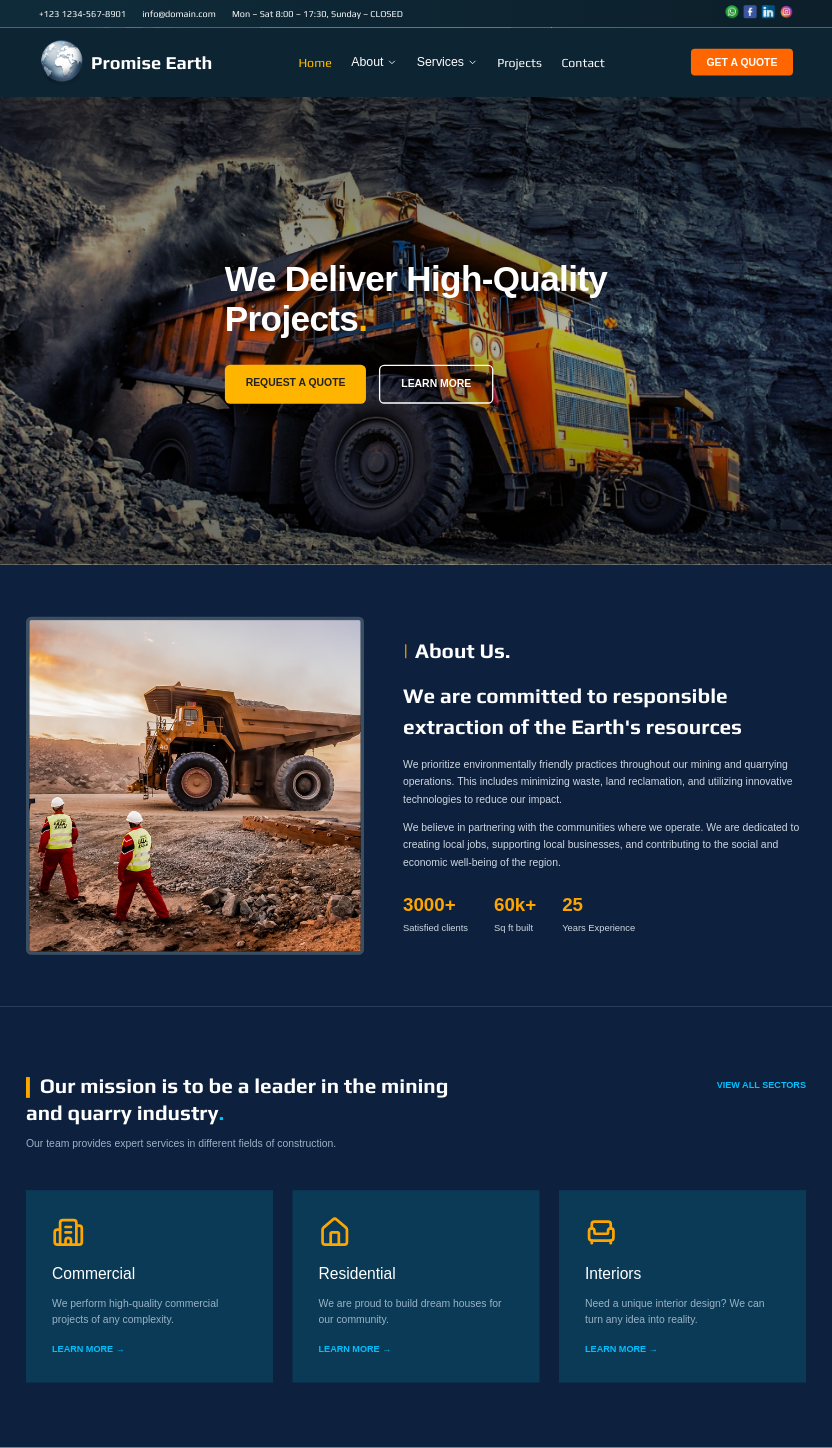
Repository: KC-Minchakpu/promise-earth
Page: /
An editor plug-in stored every save of this project. The page is shown before and after the next save, followed by the edit.
The browser window is 1280 px wide. The pictures show the whole page, at 65% of full size.
The project was rebuilt for these pictures with package versions that can differ from the ones it lists, and the page was loaded fresh each time. The framework's server and built-in components were replaced by stand-ins that run in the browser. Also part of the build but not shown: next.config.ts.

Above is the page before, as saved 2026-02-26 15:27:54.

### src/app/layout.tsx
import type { Metadata } from "next";
import { Play, Poppins } from "next/font/google";
import "./globals.css";
import Header from "@/components/Header/Header";

const play = Play({
  variable: "--font-play",
  subsets: ["latin"],
  weight: ["400", "700"],
});

const poppins = Poppins({
  variable: "--font-poppins",
  subsets: ["latin"],
  weight: ["300", "400", "500", "600", "700"],
});

export const metadata: Metadata = {
  title: "Create Next App",
  description: "Generated by create next app",
};

export default function RootLayout({
  children,
}: Readonly<{
  children: React.ReactNode;
}>) {
  return (
    <html lang="en">
      <body
        className={`${play.variable} ${poppins.variable} antialiased`}
      >
        <Header />
        {children}
      </body>
    </html>
  );
}

### src/app/page.tsx
import AboutUsSection from "@/components/About/AboutUsSection";
import Hero from "@/components/Hero/Hero";
import ServicesSection from "@/components/Services/ServicesSection";


export default function Home() {
  return (
   <>
    <Hero />
    <AboutUsSection />
    <ServicesSection />
  </>
  );
}

### src/app/globals.css
@import "tailwindcss";

:root {
  --background: #ffffff;
  --foreground: #171717;
}


@media (prefers-color-scheme: dark) {
  :root {
    --background: #0a0a0a;
    --foreground: #ededed;
  }
}

body {
  background: var(--background);
  color: var(--foreground);
  font-family: Arial, Helvetica, sans-serif;
}

### src/components/Header/Header.tsx
"use client";

import { useState, useEffect, useRef } from "react";
import { usePathname } from "next/navigation";
import Link from "next/link";
import Image from "next/image";
import styles from "./Header.module.css";
import { ChevronDown, Menu, X } from "lucide-react";

const Header = () => {
  const pathname = usePathname();

  const [mobileOpen, setMobileOpen] = useState(false);
  const [scrolled, setScrolled] = useState(false);
  const [aboutOpen, setAboutOpen] = useState(false);
  const [servicesOpen, setServicesOpen] = useState(false);

  // FIX: correct timeout type
  const aboutTimeoutRef = useRef<ReturnType<typeof setTimeout> | null>(null);
  const servicesTimeoutRef = useRef<ReturnType<typeof setTimeout> | null>(null);

  /* Sticky Scroll */
  useEffect(() => {
    const handleScroll = () => {
      setScrolled(window.scrollY > 20);
    };

    window.addEventListener("scroll", handleScroll);
    return () => window.removeEventListener("scroll", handleScroll);
  }, []);

  const isActive = (path: string) => pathname === path;

  const socials = [
    { href: "#", src: "/icons/whatsapp.png", alt: "WhatsApp", title: "WhatsApp" },
    { href: "#", src: "/icons/facebook.png", alt: "Facebook", title: "Facebook" },
    { href: "#", src: "/icons/linkedin.png", alt: "LinkedIn", title: "LinkedIn" },
    { href: "#", src: "/icons/instagram.png", alt: "Instagram", title: "Instagram" },
  ];

  return (
    <header className={`${styles.header} ${scrolled ? styles.scrolled : ""}`}>

      {/* TOP BAR */}
      <div className={styles.topBar}>
        <div className={styles.topContainer}>

          <div className={styles.topLeft}>
            <span>+123 1234-567-8901</span>
            <span>info@domain.com</span>
            <span>Mon – Sat 8:00 – 17:30, Sunday – CLOSED</span>
          </div>

          <div className={styles.topRight}>
            {socials.map((social) => (
              <a key={social.alt} href={social.href} title={social.title}>
                <Image
                  src={social.src}
                  alt={social.alt}
                  width={20}
                  height={20}
                />
              </a>
            ))}
          </div>

        </div>
      </div>


      {/* NAVBAR */}
      <div className={styles.navbar}>
        <div className={styles.navContainer}>

          {/* LOGO */}
          <Link href="/" className={styles.logo}>
            <Image
              src="/images/globe.png"
              alt="Promise Earth Logo"
              width={70}
              height={70}
              priority
            />
            <span>Promise Earth</span>
          </Link>


          {/* NAV LINKS */}
          <nav className={`${styles.navLinks} ${mobileOpen ? styles.show : ""}`}>

            <Link href="/" className={isActive("/") ? styles.active : ""}>
              Home
            </Link>


            {/* ABOUT */}
            <div
              className={styles.dropdown}
              onMouseEnter={() => {
                if (aboutTimeoutRef.current) clearTimeout(aboutTimeoutRef.current);
                setAboutOpen(true);
              }}
              onMouseLeave={() => {
                aboutTimeoutRef.current = setTimeout(() => {
                  setAboutOpen(false);
                }, 150);
              }}
            >

              <button className={styles.dropBtn}>
                About <ChevronDown size={16} />
              </button>

              <div className={`${styles.dropdownMenu} ${aboutOpen ? styles.showDropdown : ""}`}>
                <Link href="/promise-earth">Promise Earth</Link>
                <Link href="/emmanuel-benjamin">Emmanuel K. Benjamin</Link>
                <Link href="/our-team">Our Team</Link>
              </div>

            </div>


            {/* SERVICES */}
            <div
              className={styles.dropdown}
              onMouseEnter={() => {
                if (servicesTimeoutRef.current) clearTimeout(servicesTimeoutRef.current);
                setServicesOpen(true);
              }}
              onMouseLeave={() => {
                servicesTimeoutRef.current = setTimeout(() => {
                  setServicesOpen(false);
                }, 150);
              }}
            >

              <button className={styles.dropBtn}>
                Services <ChevronDown size={16} />
              </button>

              <div className={`${styles.dropdownMenu} ${servicesOpen ? styles.showDropdown : ""}`}>
                <Link href="/mining">Mining</Link>
                <Link href="/quarry">Quarry</Link>
                <Link href="/construction">Construction</Link>
                <Link href="/excavation">Excavation</Link>
                <Link href="/sandstones">Sandstones</Link>
              </div>

            </div>


            <Link href="/projects" className={isActive("/projects") ? styles.active : ""}>
              Projects
            </Link>

            <Link href="/contact" className={isActive("/contact") ? styles.active : ""}>
              Contact
            </Link>

          </nav>


          {/* CTA */}
          <div className={styles.cta}>
            <Link href="/contact">GET A QUOTE</Link>
          </div>


          {/* MOBILE TOGGLE */}
          <div
            className={styles.mobileToggle}
            onClick={() => setMobileOpen(!mobileOpen)}
          >
            {mobileOpen ? <X size={24} /> : <Menu size={24} />}
          </div>


        </div>
      </div>

    </header>
  );
};

export default Header;

### src/components/About/AboutUsSection.tsx
// components/AboutUsSection.tsx
"use client";

import Image from "next/image";
import styles from "./AboutUsSection.module.css";

const AboutUsSection = () => {
  return (
    <section className={styles.aboutSection}>
      <div className={styles.container}>
        {/* Left Image */}
        <div className={styles.imageWrapper}>
          <Image
            src="/images/about-1.png"
            alt="Earth Moving Vehicle"
            width={400}
            height={400}
            className={styles.image}
          />
        </div>

        {/* Right Content */}
        <div className={styles.content}>
          <h2 className={styles.heading}>
            <span className={styles.highlight}>|</span> About Us.
          </h2>
          <h2 className={styles.heading}>
            We are committed to responsible extraction of the Earth&apos;s resources
          </h2>
          <p className={styles.description}>
            We prioritize environmentally friendly practices throughout our mining and quarrying operations. This includes minimizing waste, land reclamation, and utilizing innovative technologies to reduce our impact.
          </p>
          <p className={styles.description}>
            We believe in partnering with the communities where we operate. We are dedicated to creating local jobs, supporting local businesses, and contributing to the social and economic well-being of the region.
          </p>

          {/* Stats */}
          <div className={styles.stats}>
            <div className={styles.statItem}>
              <span className={styles.statNumber}>3000+</span>
              <span className={styles.statLabel}>Satisfied clients</span>
            </div>
            <div className={styles.statItem}>
              <span className={styles.statNumber}>60k+</span>
              <span className={styles.statLabel}>Sq ft built</span>
            </div>
            <div className={styles.statItem}>
              <span className={styles.statNumber}>25</span>
              <span className={styles.statLabel}>Years Experience</span>
            </div>
          </div>
        </div>
      </div>
    </section>
  );
};

export default AboutUsSection;

### src/components/Hero/Hero.tsx
"use client";

import Image from "next/image";
import Link from "next/link";
import styles from "./Hero.module.css";

const Hero = () => {
  return (
    <section className={styles.hero}>
      {/* Background Image */}
      <Image
        src="/images/hero.jpg"
        alt="Earth moving Vehicle"
        fill
        priority
        className={styles.backgroundImage}
      />

      {/* Overlay */}
      <div className={styles.overlay}></div>

      {/* Content */}
      <div className={styles.content}>
        <h1 className={styles.heading}>
          We Deliver High-Quality
          <br />
           Projects<span className={styles.highlight}>.</span>
        </h1>

        <div className={styles.buttons}>
          <Link href="/contact" className={styles.primaryBtn}>
            REQUEST A QUOTE
          </Link>

          <Link href="/about" className={styles.secondaryBtn}>
            LEARN MORE
          </Link>
        </div>
      </div>
    </section>
  );
};

export default Hero;

### src/components/Services/ServicesSection.tsx
"use client";

import styles from "./ServicesSection.module.css";
import Link from "next/link";
import {
  Building2,
  Home,
  Armchair,
} from "lucide-react";

const services = [
  {
    icon: Building2,
    title: "Commercial",
    description:
      "We perform high-quality commercial projects of any complexity.",
    link: "#",
  },
  {
    icon: Home,
    title: "Residential",
    description:
      "We are proud to build dream houses for our community.",
    link: "#",
  },
  {
    icon: Armchair,
    title: "Interiors",
    description:
      "Need a unique interior design? We can turn any idea into reality.",
    link: "#",
  },
];

export default function ServicesSection() {
  return (
    <section className={styles.section}>

      <div className={styles.container}>

        {/* Header */}
        <div className={styles.header}>

          <div>
            <h2 className={styles.title}>
              <span className={styles.bar}></span>
              Our mission is to be a leader in the mining and quarry industry<span className={styles.dot}>.</span>
            </h2>

            <p className={styles.subtitle}>
              Our team provides expert services in different fields of construction.
            </p>
          </div>

          <Link href="#" className={styles.viewAll}>
            VIEW ALL SECTORS
          </Link>

        </div>


        {/* Cards */}
        <div className={styles.grid}>

          {services.map((service, index) => {

            const Icon = service.icon;

            return (
              <div key={index} className={styles.card}>

                <Icon className={styles.icon} />

                <h3 className={styles.cardTitle}>
                  {service.title}
                </h3>

                <p className={styles.cardDescription}>
                  {service.description}
                </p>

                <Link href={service.link} className={styles.learnMore}>
                  LEARN MORE →
                </Link>

              </div>
            );
          })}

        </div>

      </div>

    </section>
  );
}

### src/components/Header/Header.module.css
.header {
  position: sticky;
  top: 0;
  z-index: 9999;
  transition: all 0.3s ease;
}

.scrolled {
  box-shadow: 0 6px 20px rgba(0, 0, 0, 0.15);
}

.topBar {
  background: linear-gradient(to right, #0f2b3a, #0c1f2a);
  color: #ffffff;
  font-size: 14px;
  font-family: "Play", sans-serif;
  border-bottom: 1px solid #888888;
}

.topContainer {
  max-width: 1200px;
  margin: auto;
  padding: 8px 20px;
  display: flex;
  justify-content: space-between;
  align-items: center;
}

.topLeft span {
  margin-right: 25px;
}

.topRight a {
  margin-left: 8px;
  display: inline-block;
}

/* NAVBAR */
.navbar {
  background: #0d2533;
  color: white;
}

.navContainer {
  max-width: 1200px;
  margin: auto;
  padding: 18px 20px;
  display: flex;
  align-items: center;
  justify-content: space-between;
}

/* LOGO */
.logo {
  display: flex;
  align-items: center;
  gap: 10px;
  font-size: 28px;
  font-weight: bold;
  font-family: "Play", sans-serif;
  text-decoration: none;
  color: white;
}

/* NAV LINKS */
.navLinks {
  display: flex;
  align-items: center;
  gap: 30px;
}

.navLinks a {
  color: white;
  text-decoration: none;
  font-size: 19px;
  font-weight: 500;
  transition: color 0.3s ease;
  font-family: "Play", sans-serif;
}

.navLinks a:hover {
  color: #ffae00;
}

.active {
  color: #ffbb00 !important;
}

/* DROPDOWN  */
.dropdown {
  position: relative;
}

.dropBtn {
  background: none;
  border: none;
  color: white;
  font-weight: 500;
  font-size: 19px;
  display: flex;
  align-items: center;
  gap: 5px;
  cursor: pointer;
  transition: color 0.3s ease;
}

.dropBtn:hover {
  color: #ffc400;
}

.dropdownMenu {
  position: absolute;
  top: 100%;
  left: 0;
  margin-top: 0;
  background: #111111;
  min-width: 250px;
  border-radius: 6px;
  box-shadow: 0 10px 25px rgba(0, 0, 0, 0.15);
  opacity: 0;
  transform: translateY(10px);
  pointer-events: none;
  transition: all 0.25s ease;
}

.showDropdown {
  opacity: 1;
  transform: translateY(0);
  pointer-events: auto;
}

.dropdownMenu a {
  display: block;
  padding: 12px 18px;
  color: #ffffff;
  text-decoration: none;
  transition: background 0.3s ease;
}

.dropdownMenu a:hover {
   color: #ffc400;
}

/* CTA  */
.cta a {
  background: #ff6600;
  padding: 12px 24px;
  border-radius: 6px;
  color: white;
  text-decoration: none;
  font-weight: bold;
  transition: all 0.3s ease;
}

.cta a:hover {
  background: #e65c00;
  transform: translateY(-2px);
}

/*  MOBILE  */
.mobileToggle {
  display: none;
  cursor: pointer;
}

@media (max-width: 992px) {
  .navLinks {
    position: absolute;
    top: 80px;
    left: 0;
    width: 100%;
    background: #0d2533;
    flex-direction: column;
    padding: 20px;
    display: none;
  }

  .show {
    display: flex;
  }

  .cta {
    display: none;
  }

  .mobileToggle {
    display: block;
  }

  .dropdownMenu {
    position: relative;
    top: 0;
    box-shadow: none;
    opacity: 1;
    transform: none;
    pointer-events: auto;
    background: #112f40;
  }

  .dropdownMenu a {
    color: white;
  }
}

### src/components/About/AboutUsSection.module.css
/* components/AboutUsSection.module.css */

.aboutSection {
  background-color: #0d203d;
  padding: 80px 20px;
  color: #ffffff;
}

.container {
  display: flex;
  align-items: center;
  justify-content: center;
  gap: 60px;
  max-width: 1200px;
  margin: 0 auto;
  flex-wrap: wrap;
}

.imageWrapper {
  flex: 1 1 400px;
}

.image {
  border: 5px solid #3b4f63;
  border-radius: 8px;
  width: 100%;
  height: auto;
  object-fit: cover;
}

.content {
  flex: 1 1 500px;
}

.heading {
  font-size: 2rem;
  font-weight: 700;
  font-family: "Play", sans-serif;
  margin-bottom: 20px;
  display: flex;
  align-items: center;
}

.highlight {
  color: #ffa500;
  margin-right: 10px;
}

.description {
  font-size: 1rem;
  line-height: 1.7;
  margin-bottom: 15px;
  color: #cfd8e0;
}

.stats {
  display: flex;
  gap: 40px;
  margin-top: 30px;
  flex-wrap: wrap;
}

.statItem {
  display: flex;
  flex-direction: column;
  align-items: flex-start;
}

.statNumber {
  font-size: 1.8rem;
  font-weight: 700;
  color: #ffa500;
}

.statLabel {
  font-size: 0.9rem;
  color: #cfd8e0;
  margin-top: 5px;
}

### src/components/Hero/Hero.module.css
.hero {
  position: relative;
  width: 100%;
  height: 100vh;
  min-height: 650px;
  display: flex;
  align-items: center;
  overflow: hidden;
}

/* Background Image */
.backgroundImage {
  object-fit: cover;
  z-index: 1;
}

/* Blue Gradient Overlay */
.overlay {
  position: absolute;
  inset: 0;
  background: linear-gradient(
    180deg,
    rgba(0, 0, 0, 0.6) 0%,
    rgba(0, 0, 0, 0.3) 50%,
    rgba(0, 0, 0, 0.6) 100%
  );
  z-index: 2;
}

/* Content */
.content {
  position: relative;
  z-index: 3;
  max-width: 1200px;
  margin: 0 auto;
  padding: 0 40px;
  color: white;
}

/* Heading */
.heading {
  font-size: 54px;
  font-weight: 800;
  line-height: 1.15;
  letter-spacing: -1px;
  margin-bottom: 40px;
  max-width: 700px;
}

.highlight {
  color: #ffb400;
}

/* Buttons */
.buttons {
  display: flex;
  gap: 20px;
}

.primaryBtn {
  background: #ffb400;
  color: #222222;
  padding: 16px 32px;
  border-radius: 8px;
  font-weight: 700;
  text-decoration: none;
  transition: all 0.3s ease;
}

.primaryBtn:hover {
  background: #e6a200;
  transform: translateY(-3px);
}

.secondaryBtn {
  border: 2px solid #ffffff;
  color: #ffffff;
  padding: 16px 32px;
  border-radius: 8px;
  font-weight: 600;
  text-decoration: none;
  transition: all 0.3s ease;
}

.secondaryBtn:hover {
  background: rgba(255, 255, 255, 0.1);
  transform: translateY(-3px);
}

/* Responsive */

@media (max-width: 1024px) {
  .heading {
    font-size: 48px;
  }
}

@media (max-width: 768px) {
  .hero {
    height: 85vh;
  }

  .heading {
    font-size: 36px;
  }

  .buttons {
    flex-direction: column;
    gap: 15px;
  }

  .primaryBtn,
  .secondaryBtn {
    width: fit-content;
  }
}

### src/components/Services/ServicesSection.module.css
.section {
  background-color: #0d203d;
  padding: 100px 20px;

}


.container {
  max-width: 1200px;
  margin: auto;

}


.header {
  display: flex;
  justify-content: space-between;
  align-items: flex-start;
  flex-wrap: wrap;
  margin-bottom: 60px;

}


.title {
  color: white;
  font-size: 2rem;
  font-family: "Play", sans-serif;
  font-weight: 700;
  line-height: 1.3;
  max-width: 700px;
  margin-bottom: 15px;

}


.bar {
  display: inline-block;
  width: 6px;
  height: 32px;
  background: orange;
  margin-right: 15px;
  vertical-align: middle;

}


.dot {
  color: #00c2ff;

}


.subtitle {
  color: #9bb3c6;
  font-size: 16px;

}


.viewAll {
  color: #00c2ff;
  font-size: 14px;
  font-weight: 600;
  text-decoration: none;
  margin-top: 10px;

}


.viewAll:hover {
  text-decoration: underline;

}


/* GRID */


.grid {
  display: grid;
  grid-template-columns: repeat(3, 1fr);
  gap: 30px;

}


/* CARD */

.card {
  background-color: #0b3a57;
  padding: 40px;
  transition: 0.3s;

}


.card:hover {
  transform: translateY(-6px);

}


.icon {
  width: 50px;
  height: 50px;
  color: orange;
  margin-bottom: 20px;

}


.cardTitle {
  color: white;
  font-size: 24px;
  margin-bottom: 15px;

}


.cardDescription {
  color: #9bb3c6;
  margin-bottom: 20px;
  line-height: 1.6;

}


.learnMore {
  color: #00c2ff;
  font-size: 14px;
  text-decoration: none;
  font-weight: 600;

}


.learnMore:hover {
  text-decoration: underline;

}



/* RESPONSIVE */

@media (max-width: 992px) {
  .grid {
    grid-template-columns: repeat(2, 1fr);

  }

}


@media (max-width: 600px) {
  .grid {
    grid-template-columns: 1fr;

  }

  .title {
    font-size: 32px;

  }

}

After the next save:
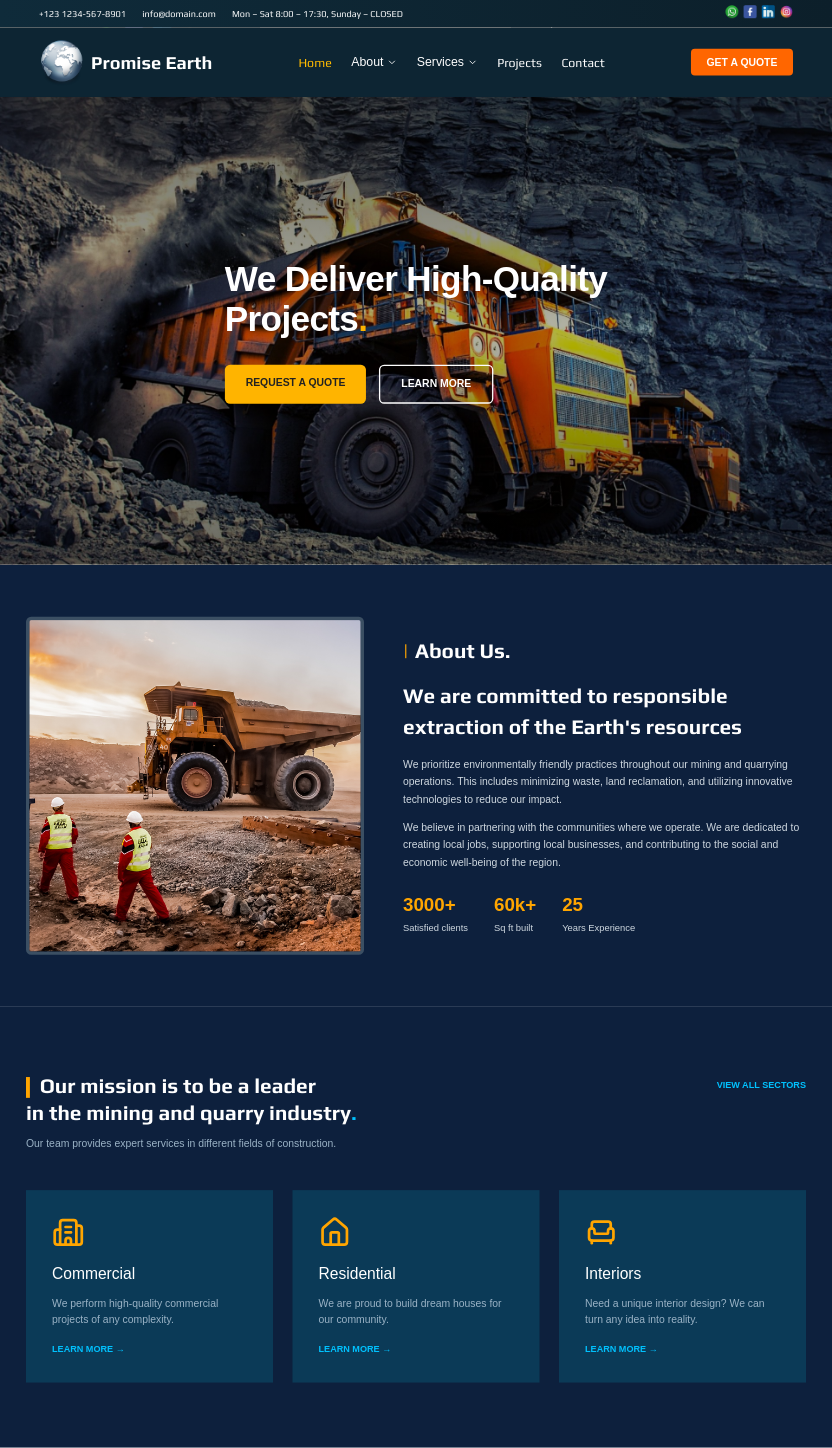
Saved 38 s later.
--- a/src/components/Services/ServicesSection.tsx
+++ b/src/components/Services/ServicesSection.tsx
@@ -44,7 +44,7 @@ export default function ServicesSection() {
           <div>
             <h2 className={styles.title}>
               <span className={styles.bar}></span>
-              Our mission is to be a leader in the mining and quarry industry<span className={styles.dot}>.</span>
+              Our mission is to be a leader <br /> in the mining and quarry industry<span className={styles.dot}>.</span>
             </h2>
 
             <p className={styles.subtitle}>
